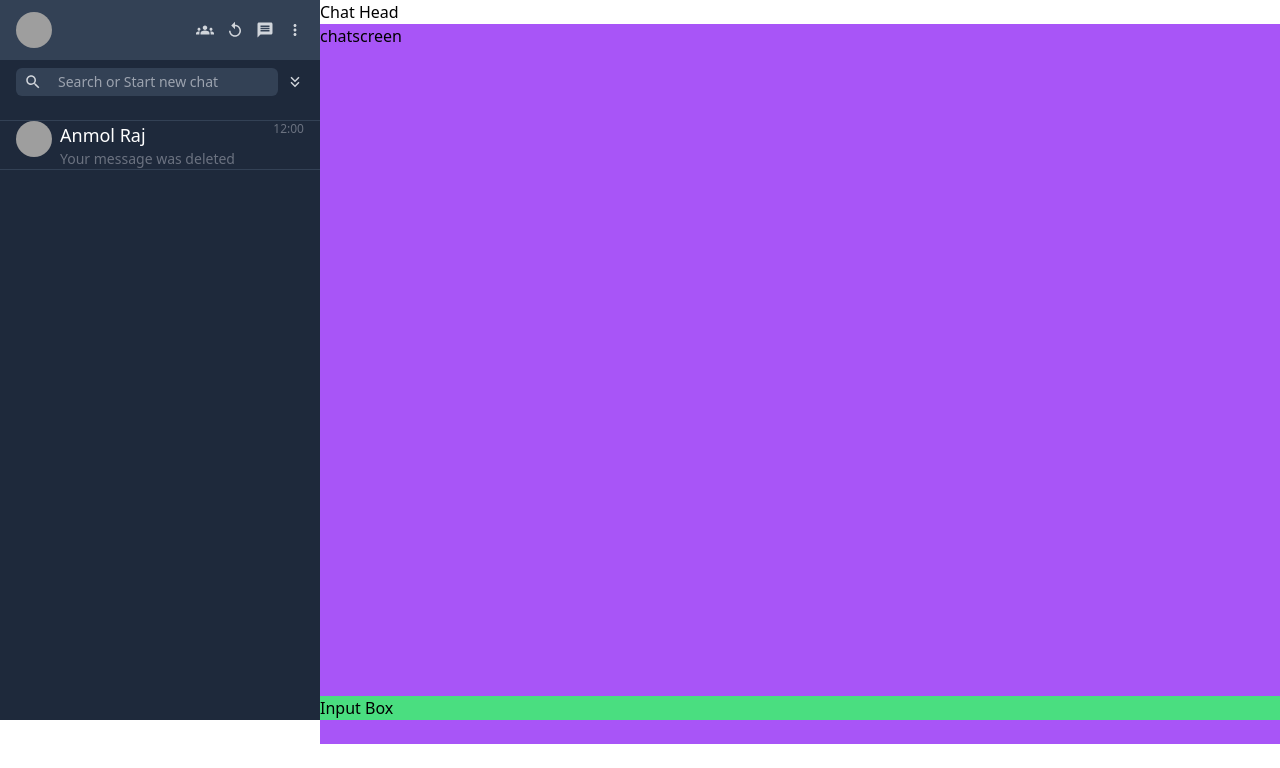
Repository: theanmol-raj/whatsapp
Page: /
These files come from the project's save history. The page is drawn as it stood at one moment and after the next save; the edit follows.
The browser window is 1280 px wide. The pictures show the whole page.
Pictures or frames that could not be fetched are drawn as grey boxes. The project was rebuilt for these pictures with package versions that can differ from the ones it lists, and the page was loaded fresh each time.

Above is the page before, as saved 2022-12-03 22:07:31.

After the next save:
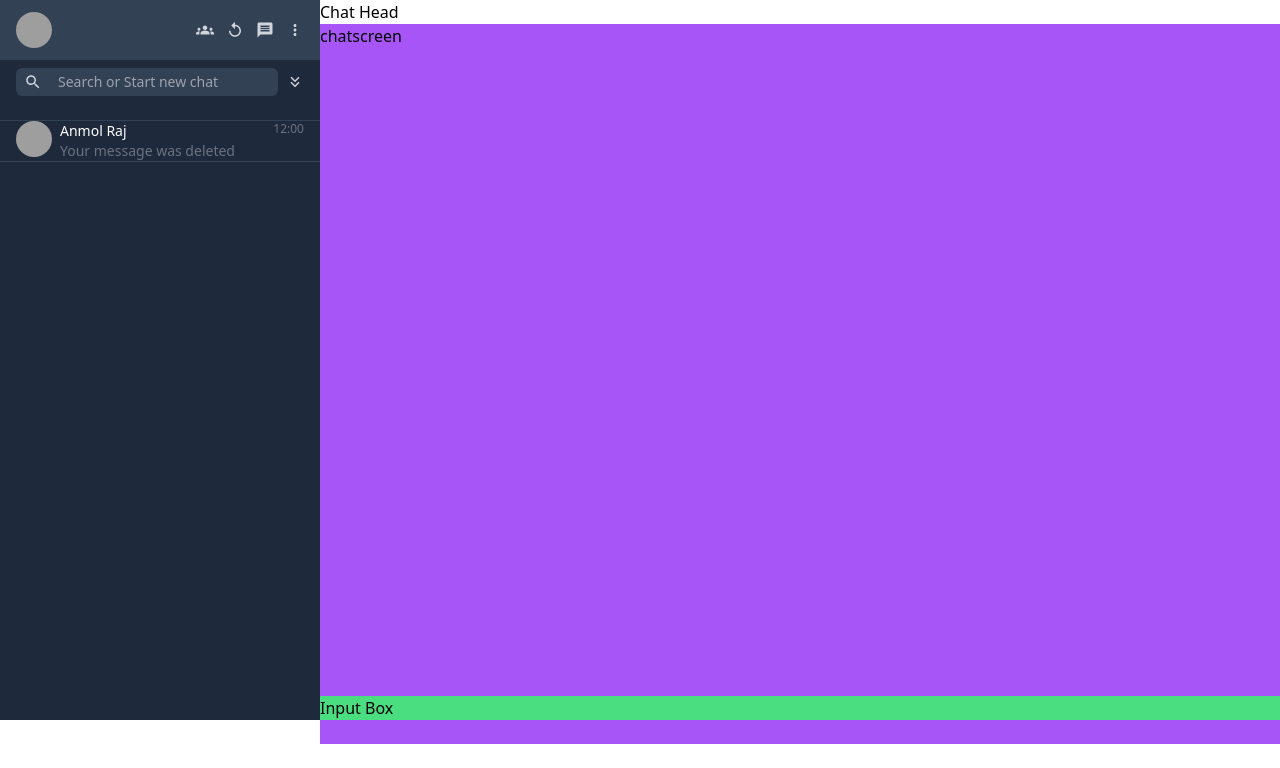
Saved 8 s later.
--- a/src/Components/ContactCard.jsx
+++ b/src/Components/ContactCard.jsx
@@ -7,7 +7,7 @@ function ContactCard() {
             <div className=' flex space-x-2'>
                 <img className=' rounded-full h-9 w-9' alt='' src="https://pps.whatsapp.net/v/t61.24694-24/158723607_419193396439292_5955373819812020282_n.jpg?stp=dst-jpg_s96x96&ccb=11-4&oh=01_AdRKjHR9ktMhs2HrAksQulr5trvWOTtpB53hlyDh0ZECbw&oe=63986EC2" />
                 <div>
-                    <p className=' text-white text-lg'>Anmol Raj</p>
+                    <p className=' text-white text-md'>Anmol Raj</p>
                     <p> Your message was deleted</p>
                 </div>
             </div>
